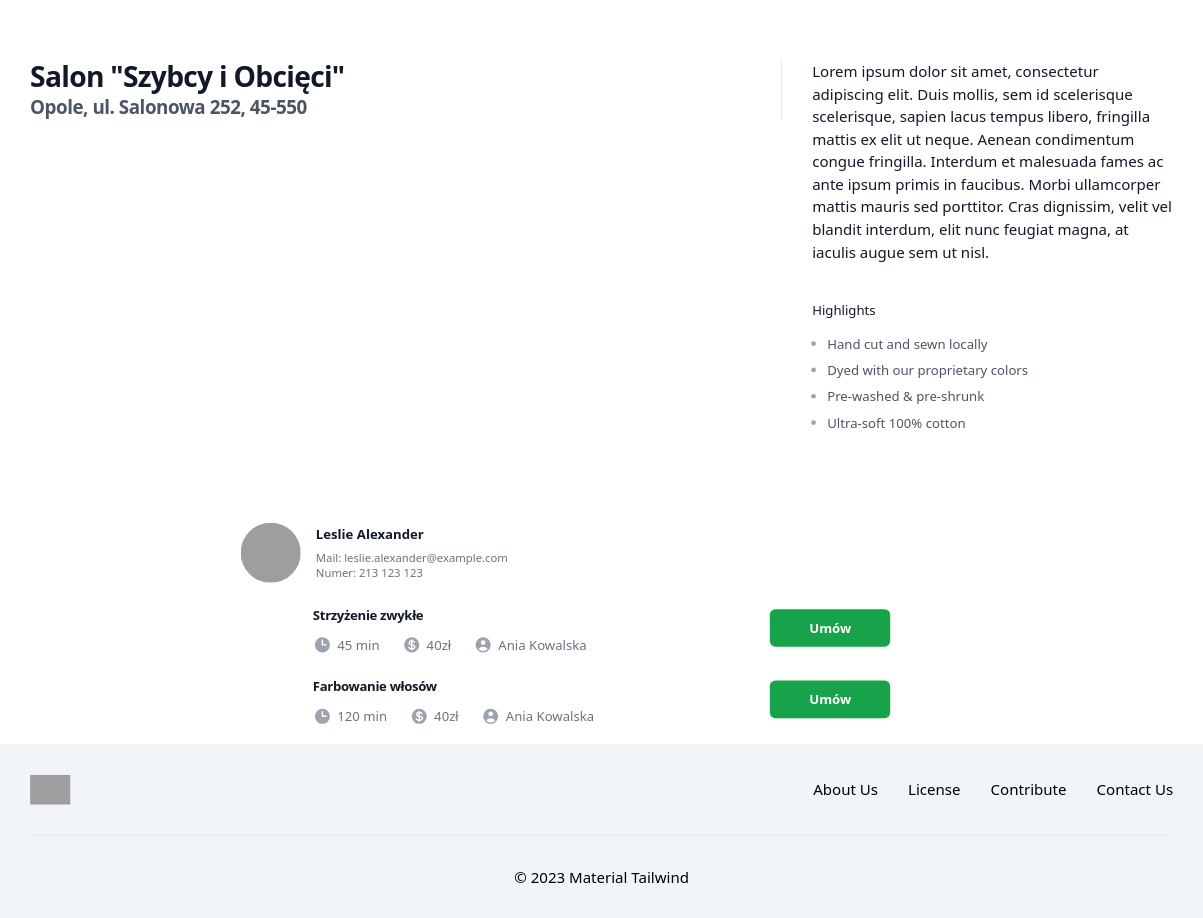
Repository: PrzemyslawJura/my-app
Page: /stronasalonu (app in frontend/)
The author's editor kept a copy of each file at every save. The page is drawn from the files as they stood at one save, then again after a run of saves.
The browser window is 1280 px wide. The pictures show the part of the page from y = 516 to 1549 px (the page is 1493 px tall before and 1549 px after), at 94% of full size.
Pictures or frames that could not be fetched are drawn as grey boxes. The project was rebuilt for these pictures with package versions that can differ from the ones it lists, and the page was loaded fresh each time. Also part of the build but not shown: frontend/src/components/Location.jsx, frontend/src/home/Feature.jsx, frontend/src/shared_np_buttony_inputy_kalendarze_itp/PaginationTile.jsx, frontend/src/home/Pagination.jsx, frontend/src/home/Listbox.jsx, frontend/src/home/StepOne.jsx, frontend/src/home/StepTwo.jsx, frontend/src/home/SalonOffer.jsx and 19 more.

Above is the page before, as saved 2023-11-21 20:17:38.

After the next 2 saves:
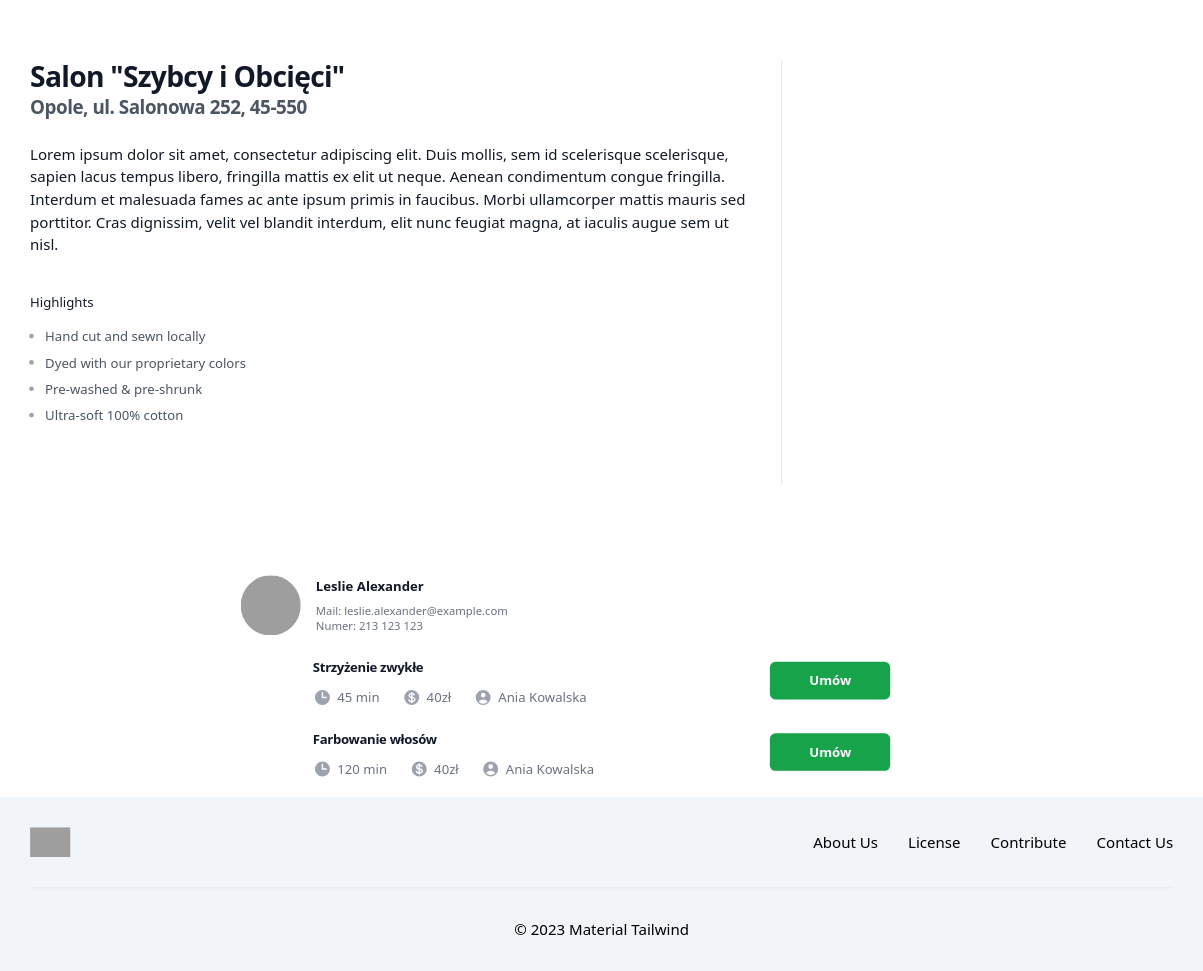
The 2 saves are shown as one change because 1 did not build or start.
The last was saved 39 s later.
--- a/frontend/src/biznes/Salon.jsx
+++ b/frontend/src/biznes/Salon.jsx
@@ -123,6 +123,7 @@ export default function Salon() {
                 Dodaj ocene
               </button>
             </form>
+            {*/}
           </div>
 
           <div className="py-10 lg:col-span-2 lg:col-start-1 lg:border-r lg:border-gray-200 lg:pb-16 lg:pr-8 lg:pt-6">
